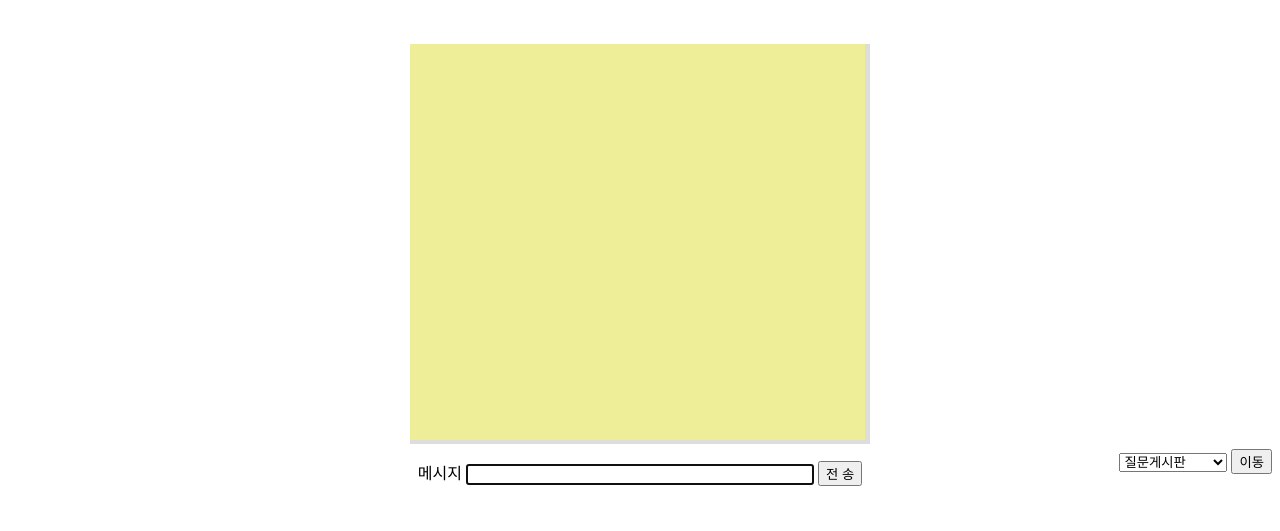
Repository: kalmia26/Capstone
Page: LectureSystem/WebContent/chat_client.html
The author's editor kept a copy of each file at every save. The page is drawn from the files as they stood at one save, then again after the next save.
The browser window is 1280 px wide. The pictures show the whole page.

Above is the page before, as saved 2017-05-24 01:51:50.

After the next save:
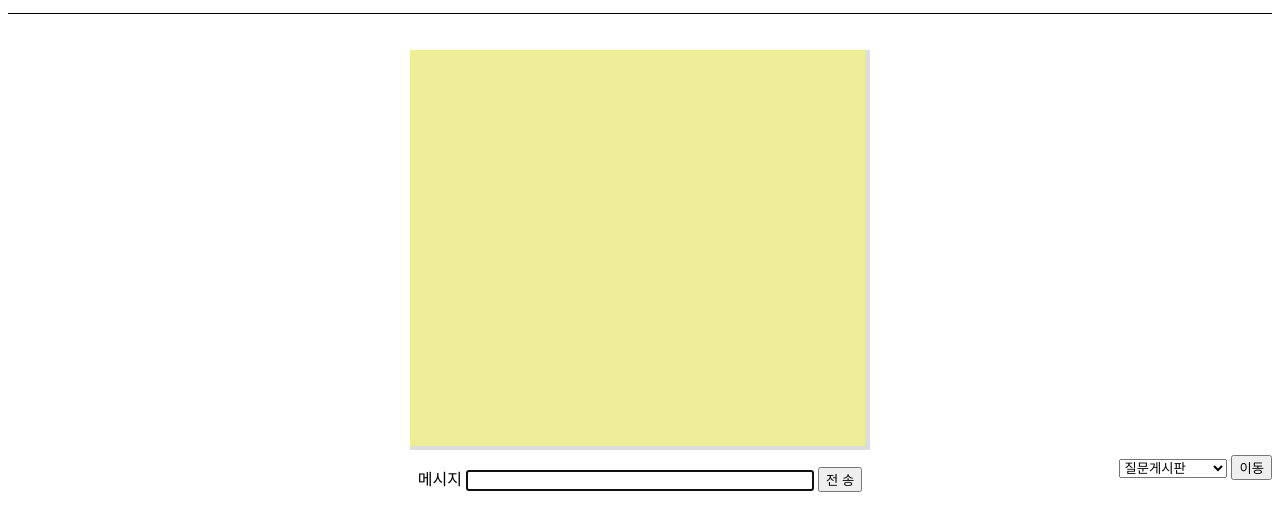
Saved 44 s later.
--- a/LectureSystem/WebContent/chat_client.html
+++ b/LectureSystem/WebContent/chat_client.html
@@ -109,6 +109,15 @@ function sendResultHandler(){
   input.chatbox { width:340px; }
  </style>
  </head>
+
+ <table width="100%" cellpadding="0" cellspacing="0" border="0">
+	<tr height="5"><td width="5"></td></tr>
+
+
+
+		<tr height="1" bgcolor="#000000">
+		<td colspan="6"></td></tr>
+</table>
  <body onLoad="onLoadHandler();"><br/><br/><center>
  <div class="outer">
   <div id="chat_msg"></div>
